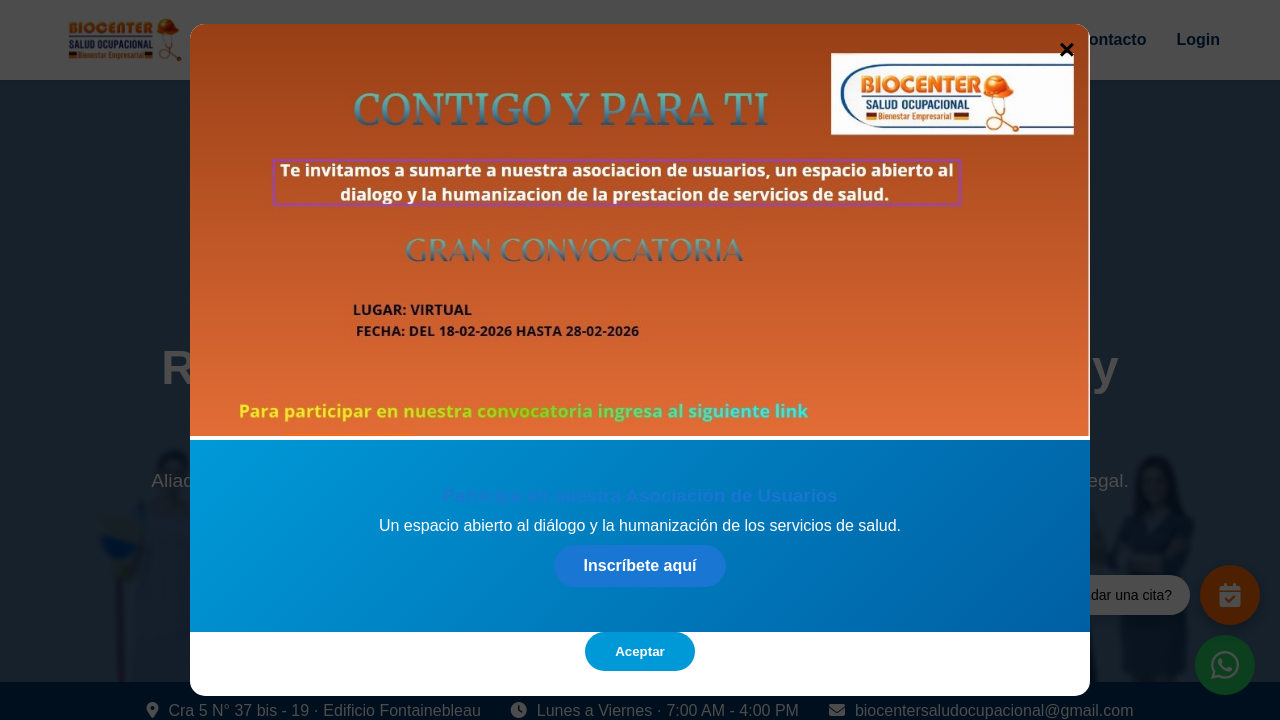
Repository: Miguelperdomo/Biocenter
Page: index.html
The author's editor kept a copy of each file at every save. The page is drawn from the files as they stood at one save, then again after the next save.
The browser window is 1280 px wide. The pictures show the window.
A layer covers the whole window, so only the first screen is drawn.

Above is the page before, as saved 2026-02-19 14:23:31.

After the next save:
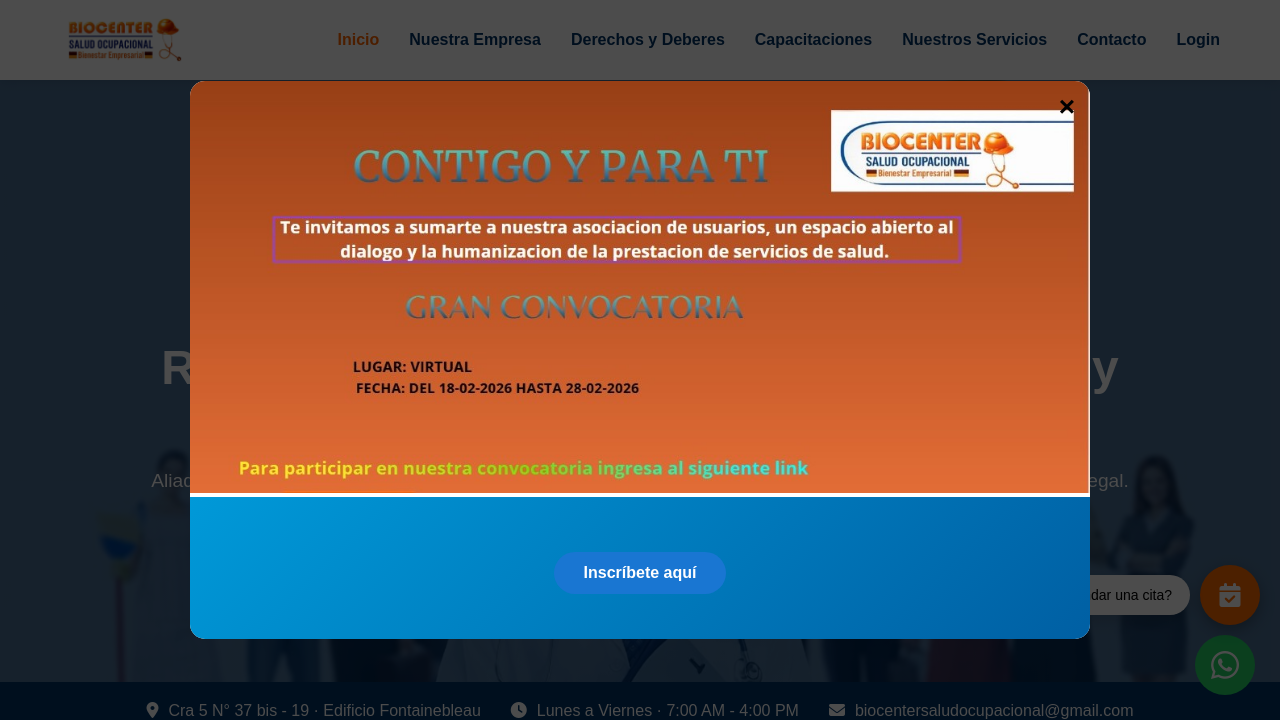
Console error: TypeError: Cannot set properties of null (setting 'onclick')
Saved 31 s later.
--- a/index.html
+++ b/index.html
@@ -172,17 +172,13 @@
 
     <img src="imagenes/convocatoria.jpg" class="img-convocatoria">
 
-    <!-- Bloque asociación -->
+   <!-- Bloque solo con el botón -->
     <div class="convocatoria-cta">
-        <h3>Participa en nuestra Asociación de Usuarios</h3>
-        <p>Un espacio abierto al diálogo y la humanización de los servicios de salud.</p>
-
         <a href="https://forms.gle/hYDoXNJNnH45BoCH9" target="_blank" class="btn-convocatoria">
             Inscríbete aquí
         </a>
     </div>
 
-    <button class="btn-aceptar" id="aceptarConvocatoria">Aceptar</button>
 
   </div>
 </div>
